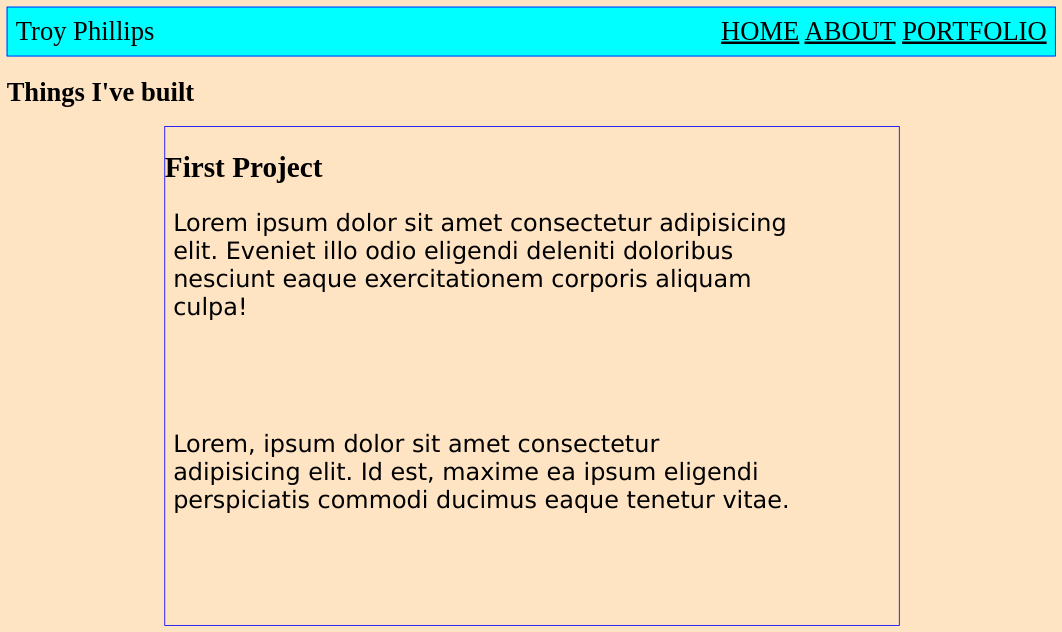
Repository: TheTroyPhillips/Personal-website
Page: portfolio.html
The author's editor kept a copy of each file at every save. The page is drawn from the files as they stood at one save, then again after the next save.
The browser window is 1280 px wide. The pictures show the whole page, at 83% of full size.

Above is the page before, as saved 2023-09-10 22:38:07.

After the next save:
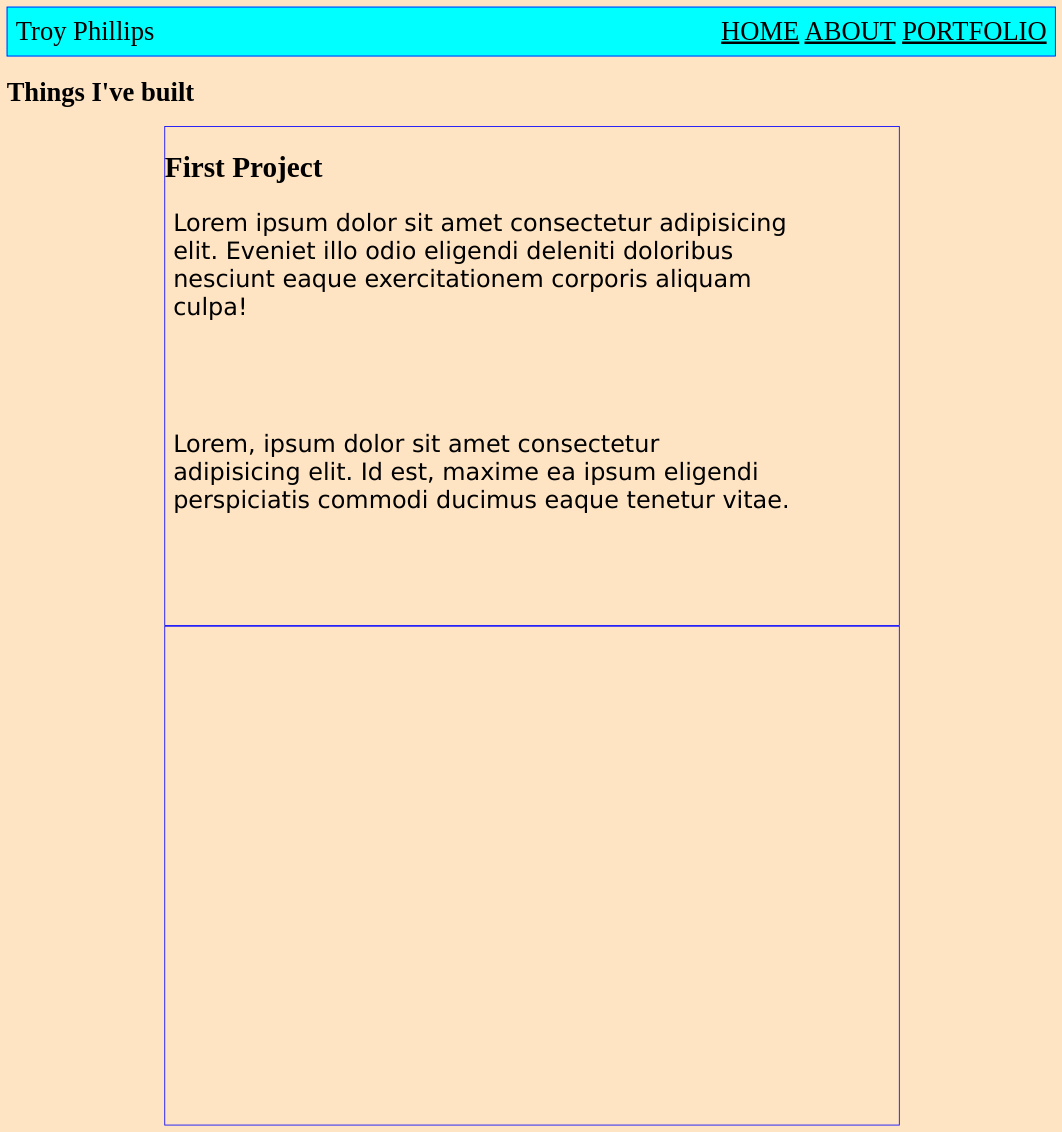
Saved 4 s later.
--- a/portfolio.html
+++ b/portfolio.html
@@ -24,4 +24,4 @@
             <p class="extra">Lorem, ipsum dolor sit amet consectetur adipisicing elit. Id est, maxime ea ipsum eligendi perspiciatis
                  commodi ducimus eaque tenetur vitae.</p>
         </div>
-        <div class="childc"
+        <div class="childc"></div>
